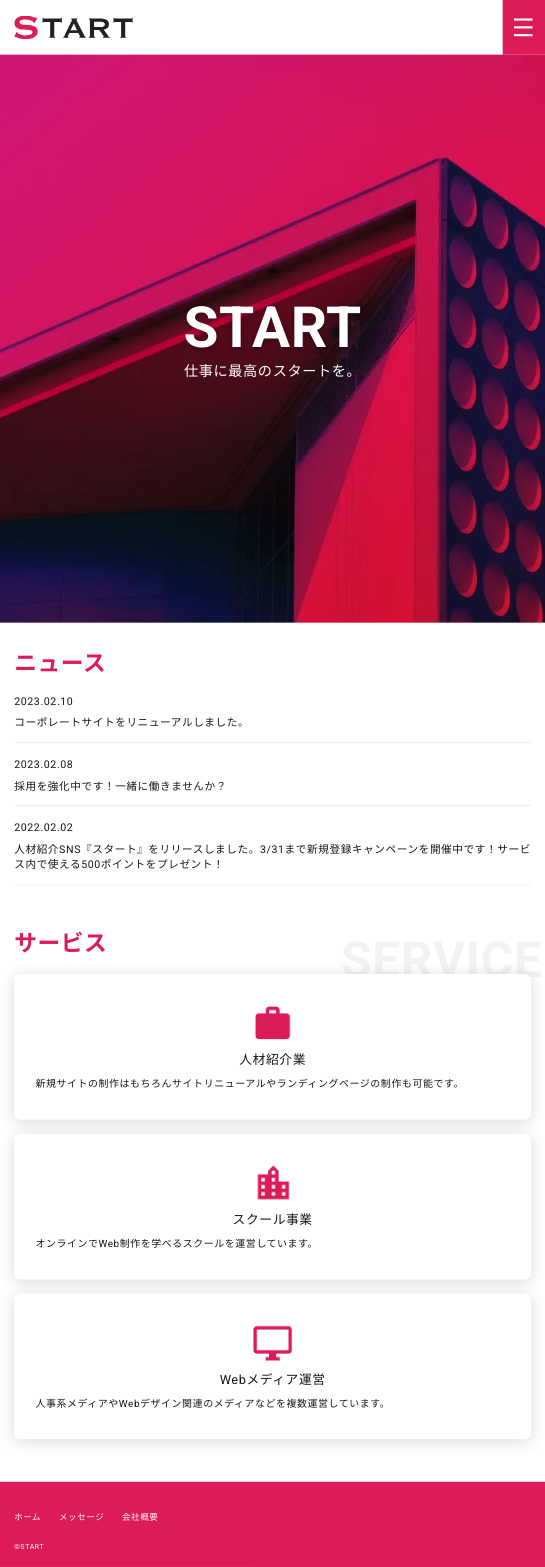
Repository: tetishi/tetishi.github.io
Page: index.html
An editor plug-in stored every save of this project. The page is shown before and after a run of saves, followed by the edit.
The browser window is 768 px wide. The pictures show the whole page, at 71% of full size.

Above is the page before, as saved 2023-07-02 21:39:45.

### index.html
<!DOCTYPE html>
<html lang="en">
<head>
    <meta charset="UTF-8">
    <meta http-equiv="X-UA-Compatible" content="IE=edge">
    <meta name="viewport" content="width=device-width, initial-scale=1.0">
    <title>Start</title>
    <!-- <link rel="stylesheet" type="text/css" href="http://yui.yahooapis.com/3.18.1/build/cssreset/cssreset-min.css"> -->
    <link rel="preconnect" href="https://fonts.googleapis.com">
    <link rel="preconnect" href="https://fonts.gstatic.com" crossorigin>
    <link href="https://fonts.googleapis.com/css2?family=Noto+Sans+JP:wght@500;700&family=Roboto:wght@400;700&display=swap" rel="stylesheet">
    <link rel="icon" href="img/favicon.ico">
    <link rel="stylesheet" href="./css/reset.css">
    <link rel="stylesheet" href="./css/style.css">
</head>
<body>
    <header class="header">
        <div class="header-inner">
            <h2 class="nav-title">
                <a href="./index.html">
                    <img class="pc" src="img/logo.svg" alt="STARTのロゴ">
                    <img class="sp" src="img/sp_logo.svg" alt="STARTのロゴ">
                </a>
            </h2>
            <nav class="header-nav">
                <ul class="header-list">
                    <li class="header-item">
                        <a href="./index.html" class="text-red">ホーム</a>
                    </li>
                    <li class="header-item">
                        <a href="./message.html">メッセージ</a>
                    </li>
                    <li class="header-item">
                        <a href="./company.html">会社概要</a>
                    </li>
                </ul>
            </nav>
            <button class="hamburger-btn">
                <span class="bar bar_top"></span>
                <span class="bar bar_mid"></span>
                <span class="bar bar_bottom"></span>
            </button>
        </div>
    </header>

    <main>
        <!-- fv -->
        <div class="fv">
            <div class="fv_img">
                <picture>
                    <source srcset="./img/fv.webp" type="image/webp">
                    <img src="./img/fv.jpg" alt="STARTの赤いイメージ背景">
                </picture>
            </div>
            <div class="sp_fv_img">
                <picture>
                    <source srcset="./img/sp_fv.webp" type="image/webp">
                    <img src="./img/sp_fv.jpg" alt="STARTの赤いイメージ背景">
                </picture>
            </div>
            <!-- page-title-wrapper -->
            <div class="page-title-wrapper">
                <h1 class="page-title">START</h1>
                <div class="page-title-bottom">仕事に最高のスタートを。</div>
                <!-- /.page-title-bottom -->
            </div>
        </div>

        <!-- news -->
        <section id="news" class="section-wrapper news-wrapper">
            <div class="section-inner news-inner">
                <h2 class="section-title news-title">
                    ニュース
                </h2>
                <div class="news-container">
                    <ul class="news-list">
                        <li class="news-item">
                            <time datetime="2023.02.10">2023.02.10</time>
                            <a href="#news">コーポレートサイトをリニューアルしました。</a>
                        </li>
                        <li class="news-item">
                            <time datetime="2023.02.08">2023.02.08</time>
                            <a href="#news">採用を強化中です！一緒に働きませんか？</a>
                        </li>
                        <li class="news-item">
                            <time datetime="2022.02.02">2022.02.02</time>
                            <a href="#news">人材紹介SNS『スタート』をリリースしました。3/31まで新規登録キャンペーンを開催中です！サービス内で使える500ポイントをプレゼント！</a>
                        </li>
                    </ul>
                </div>
                <!-- /.news-container -->
            </div>
            <!-- /.section-inner -->
        </section>

        <!-- service -->
        <section id="service" class="section-wrapper service-wrapper">
            <div class="section-inner">
                <h2 class="section-title text-right text-white">サービス</h2>
                <h2 class="upper-text text-white">SERVICE</h2>
                <ul class="service-list">
                    <li class="service-item">
                            <picture>
                                <source srcset="./img/bag.webp" type="image/webp">
                                <img src="./img/bag.png" alt="手提げ鞄">
                            </picture>
                            <h3 class="service-item-title">人材紹介業</h3>
                            <p class="service-item-text">
                                新規サイトの制作はもちろんサイトリニューアルやランディングページの制作も可能です。
                            </p>
                    </li>
                    <li class="service-item">
                            <picture>
                                <source srcset="./img/school.webp" type="image/webp">
                                <img src="./img/school.png" alt="スクール">
                            </picture>
                            <h3 class="service-item-title">スクール事業</h3>
                            <p class="service-item-text">
                                オンラインでWeb制作を学べるスクールを運営しています。
                            </p>
                    </li>
                    <li class="service-item">
                            <picture>
                                <source srcset="./img/web.webp" type="image/webp">
                                <img src="./img/web.png" alt="モニター">
                            </picture>
                            <h3 class="service-item-title">Webメディア運営</h3>
                            <p class="service-item-text">
                                人事系メディアやWebデザイン関連のメディアなどを複数運営しています。
                            </p>
                    </li>
                </ul>
            </div>
            <!-- /.section-inner -->
        </section>

    </main>


    <footer class="footer">
        <div class="section-inner">
            <nav class="footer-nav">
                <ul class="footer-nav-list">
                    <li class="footer-nav-item"><a href="./index.html">ホーム</a></li>
                    <li class="footer-nav-item"><a href="./message.html">メッセージ</a></li>
                    <li class="footer-nav-item"><a href="./company.html">会社概要</a></li>
                </ul>
            </nav>
            <small>&copy;START</small>
        </div>
    </footer>

    <script src="https://ajax.googleapis.com/ajax/libs/jquery/3.6.0/jquery.min.js"></script>
    <script src="js/script.js"></script>
</body>
</html>

### css/reset.css
/*
html5doctor.com Reset Stylesheet
v1.6.1
Last Updated: 2010-09-17
Author: Richard Clark - http://richclarkdesign.com
Twitter: @rich_clark
*/

* {
    box-sizing: border-box;
}

html,
body,
div,
span,
object,
iframe,
h1,
h2,
h3,
h4,
h5,
h6,
p,
blockquote,
pre,
abbr,
address,
cite,
code,
del,
dfn,
em,
img,
ins,
kbd,
q,
samp,
small,
strong,
sub,
sup,
var,
b,
i,
dl,
dt,
dd,
ol,
ul,
li,
fieldset,
form,
label,
legend,
table,
caption,
tbody,
tfoot,
thead,
tr,
th,
td,
article,
aside,
canvas,
details,
figcaption,
figure,
footer,
header,
hgroup,
menu,
nav,
section,
summary,
time,
mark,
ruby,
audio,
video {
    margin: 0;
    padding: 0;
    border: 0;
    outline: 0;
    font-size: 100%;
    vertical-align: baseline;
    background: transparent;
}

body {
    line-height: 1.5;
}

img {
    width: 100%;
    height: auto;
    object-fit: cover;
}

button {
    background-color: transparent;
    border: none;
    cursor: pointer;
    outline: none;
    padding: 0;
    appearance: none;
}

article,
aside,
details,
figcaption,
figure,
footer,
header,
hgroup,
menu,
nav,
section {
    display: block;
}

nav ul {
    list-style: none;
}

li {
    list-style: none;
}

a {
    margin: 0;
    padding: 0;
    font-size: 100%;
    vertical-align: baseline;
    background: transparent;
}

input,
select {
    vertical-align: middle;
}

/*end reset css*/

### css/style.css
/* base */

html {
    font-size: 62.5%;
}
body {
    font-size: 1.6rem;
    letter-spacing: .05em;
    color: #171717;
    font-family: "Roboto", "Noto Sans JP", Arial, "Hiragino Kaku Gothic ProN", "Hiragino Sans", Meiryo, sans-serif;
}
img {
    vertical-align: bottom;
}
.section-inner {
    max-width: 1110px;
    margin: 0 auto;
}
.section-title {
    font-size: 4rem;
    color: #DD1B57;
    margin-bottom: 49px;
    /* width: 25%; */
    white-space: nowrap;
}
a {
    color: inherit;
    text-decoration: none;
}
.text-red {
    color: #DD1B57;
}
.pc {
    display: block;
}
.sp {
    display: none;
}

/* header */
.header {
    padding: 30px 70px;
    width: 100%;
}

.header a {
    text-decoration: none;
}
.header-inner {
    display: flex;
    justify-content: space-between;
    align-items: center;
}
.header-list {
    display: flex;
}
.header-item {
    margin-right: 30px;
}
.header-item:last-of-type {
    margin-right: 0;
}
.hamburger-btn {
    display: none;
}

/* fv */
.fv {
    height: 100vh;
    min-height: 550px;
    position: relative;
}
.fv img {
    height: 100vh;
    min-height: 550px;
    object-fit: cover;
}
.sp_fv_img {
    display: none;
}
.page-title-wrapper {
    position: absolute;
    left: 50%;
    top: 50%;
    color: #fff;
    transform: translate(-50%,-50%);
    line-height: 1;
}
.page-title {
    font-size: 16rem;
    font-weight: bold;
    margin-bottom: 10px;
    text-shadow: 0 4px 6px rgb(0 0 0 / 25%);
}
.page-title-bottom {
    font-size: 24px;
    text-align: center;
}

/* news */
.news-wrapper {
    margin: 64px 0 74px 0;
}
.news-inner {
    display: flex;
    column-gap: 88px;
}
.news-item {
    padding: 15px 0 16px 0;
    border-bottom: 1px solid #E8E8E8;
    display: flex;
    font-size: 1.5rem;
}
.news-item a {
    margin-left: 40px;
}

/* service */
.service-wrapper {
    margin-bottom: 100px;
}
.service-wrapper .section-inner {
    position: relative;
}
.upper-text {
    position: absolute;
    right: -14px;
    top: -60px;
    font-size: 16.8rem;
    font-weight: bold;
    color: #171717;
    margin: 0 auto;
    opacity: .05;
    z-index: 0;
}
.service-list {
    display: flex;
    justify-content: space-between;
    position: relative;
    z-index: 1;
}
.service-item {
    width: 32%;
    background-color: #fff;
    box-shadow: 0 3px 21px rgba(0, 0, 0, .16);
    border-radius: 8px;
}
.service-item img {
    width: 48px;
    display: block;
    margin: 0 auto;
    padding-top: 50px;
}
.service-item-title {
    text-align: center;
    font-size: 1.8rem;
    font-weight: normal;
    margin-top: 5px;
}
.service-item-text {
    padding: 15px 50px 50px 50px;
    font-size: 1.4rem;
}

/* footer */
.footer {
    background-color: #DD1B57;
    color: #fff;
    height: 164px;
}
.footer-nav-list {
    display: flex;
    font-size: 1.4rem;
    padding: 61px 0 17px;
}
.footer-nav-item {
    margin-right: 40px;
}
small {
    font-size: 1.2rem;
    margin-bottom: 50px;
}

@media screen and (max-width: 768px) {
    /* base_sp */
    .section-inner {
        padding: 0 20px;
    }
    .section-title {
        font-size: 3.2rem;
        margin-bottom: 19px;
        width: 100%;
    }


    /* header_sp */
    .header {
        padding: 0;
        z-index: 1;
        position: relative;
    }
    .nav-title {
        padding: 22px 20px;
    }
    .header-nav {
        display: none;
        position: fixed;
        top: 0;
        right: 0;
        width: 50%;
        height: 100vh;
        background-color: #DD1B57;
    }
    .header-list {
        height: 100%;
        flex-direction: column;
        padding: 96px 0 0 40px;
    }
    .text-red {
        color: #fff;
        opacity: .5;
    }
    .header-item {
        margin: 0 0 27px;
        color: #fff;
    }
    .header-item:last-of-type {
        margin-bottom: 0;
    }
    .hamburger-btn {
        display: block;
        background-color: #DD1B57;
        padding: 26px 16px;
        width: 60px;
    }
    .hamburger-btn .bar {
        display: block;
        width: 26px;
        height: 3px;
        background-color: #fff;
        transition: .3s;
    }
    .bar_mid,
    .bar_bottom {
        margin-top: 8px;
    }
    .hamburger-btn.cross .bar_top {
        transform: rotate(45deg) translate(8px, 8px);
        transition: .3s;
    }
    .hamburger-btn.cross .bar_middle {
        opacity: 0;
        transition: .3s;
    }
    .hamburger-btn.cross .bar_bottom {
        transform: rotate(-45deg) translate(8px, -8px);
        transition: .3s;
    }
    body.noscroll {
        overflow: hidden;
    }

    /* fv_sp */
    .fv_img {
        display: none;
    }
    .sp_fv_img {
        display: block;
    }
    .page-title {
        font-size: 8rem;
        font-weight: bold;
    }
    .page-title-bottom {
        font-size: 2rem;
    }

    /* news_sp */
    .news-wrapper {
        margin: 33px 0 58px 0;
    }
    .news-inner {
        display: block;
    }
    .news-item {
        flex-flow: column;
        padding: 20px 0 16px 0;
    }
    .news-item:first-child {
        padding: 0 0 16px 0;
    }
    .news-item a {
        margin-left: 0px;
        margin-top: 7px;
    }

    /* service_sp */
    .service-wrapper {
        margin-bottom: 60px;
    }
    .upper-text {
        right: 4px;
        top: -5px;
        font-size: 7rem;
    }
    .service-list {
        display: block;
    }
    .service-item {
        width: 100%;
        margin-bottom: 20px;
    }
    .service-item img {
        width: 60px;
        padding-top: 40px;
    }
    .service-item-title {
        margin-top: 7px;
    }
    .service-item-text {
        padding: 10px 30px 40px 30px;
    }

    /* footer_sp */
    .footer {
        height: 120px;
    }
    .footer-nav-list {
        font-size: 1.2rem;
        padding: 41px 0 19px;
    }
    .footer-nav-item {
        margin-right: 25px;
    }
    small {
        font-size: 1rem;
        margin-bottom: 29px;
    }
}

### js/script.js
//ハンバーガーボタン
$('.hamburger-btn').on('click', function() {
    $('.header-nav').fadeToggle(300);
    $(this).toggleClass('cross');
    $('body').toggleClass('noscroll');
});

After the next 3 saves:
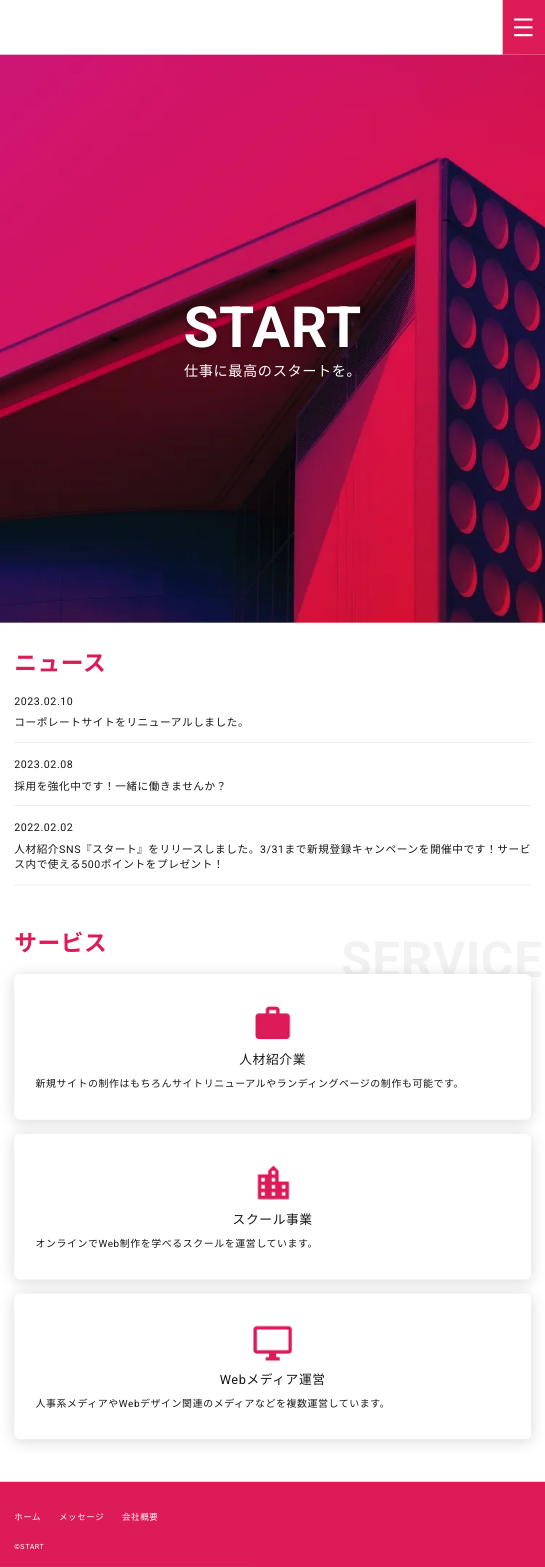
The 3 saves are shown as one change because they came seconds apart.
The last was saved 9 s later.
--- a/css/style.css
+++ b/css/style.css
@@ -191,6 +191,9 @@ small {
         margin-bottom: 19px;
         width: 100%;
     }
+    .pc {
+        display: none;
+    }
 
 
     /* header_sp */
